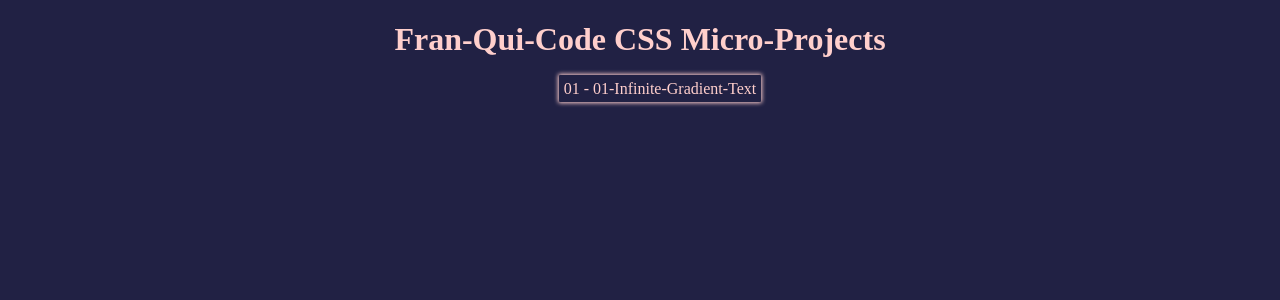
Repository: Francois-QUICODE/CSS-Micro-Projects
Page: index.html
An editor plug-in stored every save of this project. The page is shown before and after the next save, followed by the edit.
The browser window is 1280 px wide. The pictures show the whole page.

Above is the page before, as saved 2020-11-28 00:09:54.

After the next save:
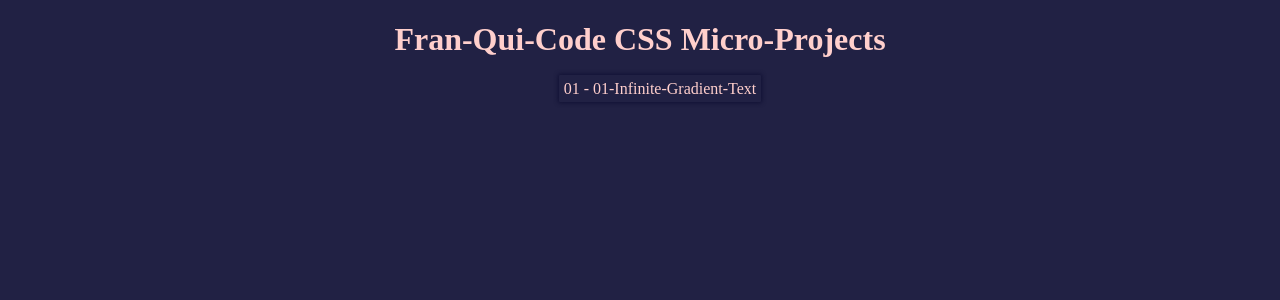
Saved 26 s later.
--- a/index.html
+++ b/index.html
@@ -31,7 +31,7 @@
         color: #ffcfcc;
         text-decoration: none;
         border-radius: 1px;
-        box-shadow: 0 0 4px 1px;
+        box-shadow: 0 0 4px 1px #101033;
         padding: 5px;
       }
     </style>
